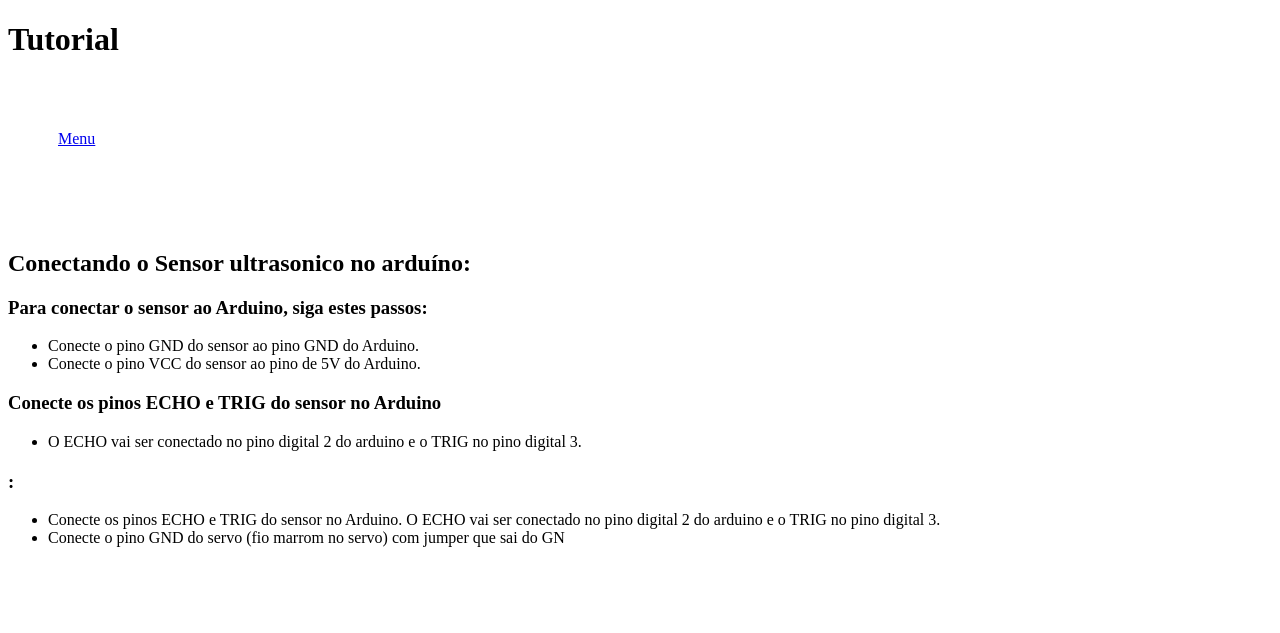
Repository: Eito2511/Site-tutorial-arduino
Page: tutorial.html
These files come from the project's save history. The page is drawn as it stood at one moment and after a run of saves; the edit follows.
The browser window is 1280 px wide. The pictures show the whole page.

Above is the page before, as saved 2025-06-03 18:30:39.

### tutorial.html
<!DOCTYPE html>
<html lang="en">
  <head>
    <meta charset="UTF-8" />
    <meta name="viewport" content="width=device-width, initial-scale=1.0" />
    <title>Tutorial</title>
  </head>
  <body>
    <header>
      <h1 class="titulo">Tutorial</h1>
    </header>

    <section style="height: 50px; padding: 50px">
      <a href="index.html" class="btn">Menu</a>
    </section>

    <div>
      <h2>Conectando o Sensor ultrasonico no arduíno:</h1>
      <h3>Para conectar o sensor ao Arduino, siga estes passos:</h2>
      <ul>
        <li>Conecte o pino GND do sensor ao pino GND do Arduino.</li>
        <li>Conecte o pino VCC do sensor ao pino de 5V do Arduino.</li>
      </ul>
      <h3>Conecte os pinos ECHO e TRIG do sensor no Arduino</h3>
      <ul>
        <li>O ECHO vai ser conectado no pino digital 2 do arduino e o TRIG no pino digital 3.</li>
      </ul>
    </div>

    <div>
        <h2></h2>
      <h3>:</h2>
      <ul>
        <li>
          Conecte os pinos ECHO e TRIG do sensor no Arduino. O ECHO vai ser
          conectado no pino digital 2 do arduino e o TRIG no pino digital 3.
        </li>
        <li>
         Conecte o pino GND do servo (fio marrom no servo) com jumper que sai
 do GN
        </li>
      </ul>
    </div>


  </body>
</html>

After the next 3 saves:
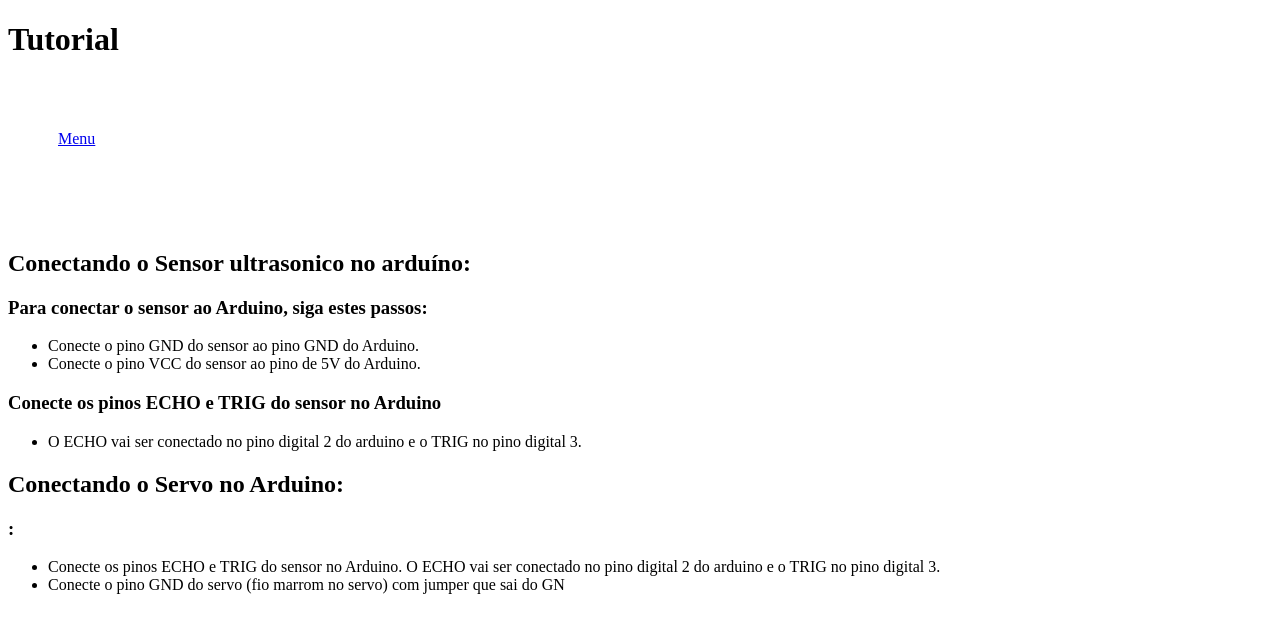
The 3 saves are shown as one change because they came seconds apart.
The last was saved 11 s later.
--- a/tutorial.html
+++ b/tutorial.html
@@ -28,7 +28,7 @@
     </div>
 
     <div>
-        <h2></h2>
+      <h2>Conectando o Servo no Arduino:</h2>
       <h3>:</h2>
       <ul>
         <li>
